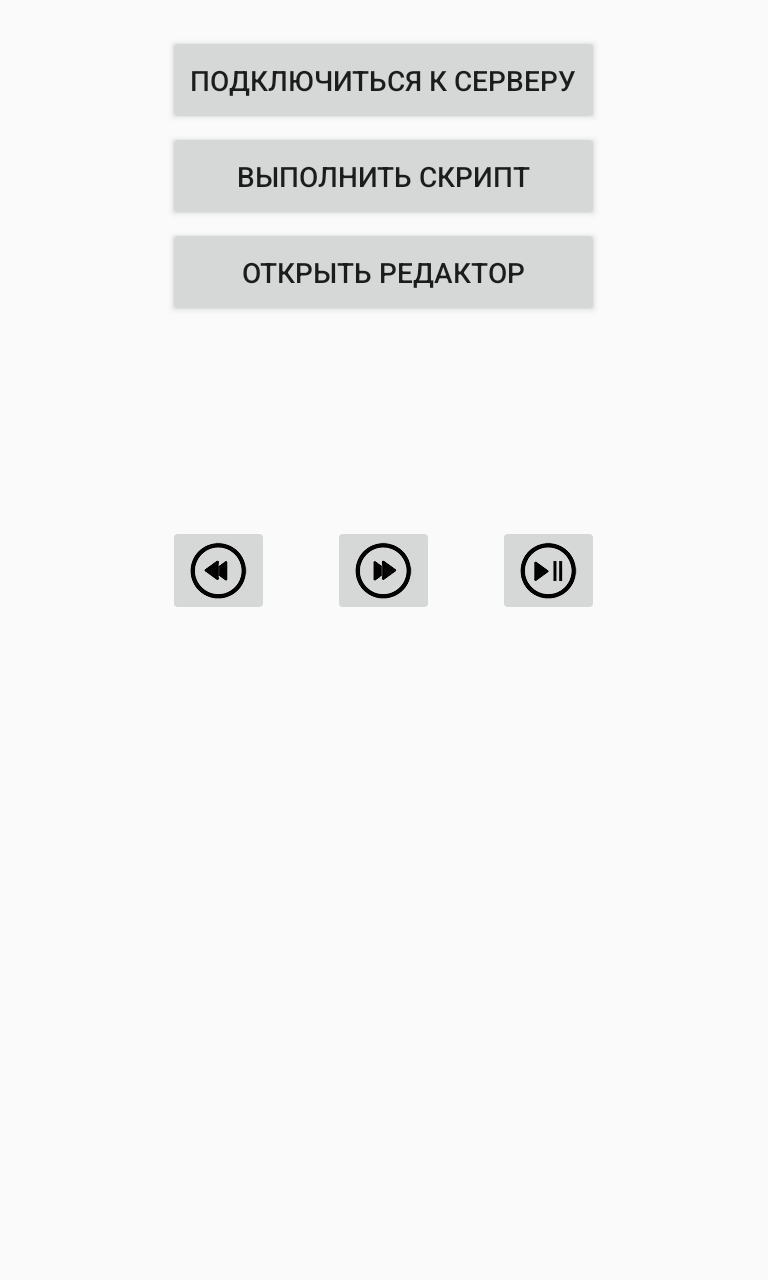
Repository: Laboratory711/Nightjar
Layout: android/Nightjar/workspace/Nightjar/res/layout/fragment_lab1.xml
These files come from the project's save history. The layout is drawn as it stood at one moment and after the next save; the edit follows.
It is drawn on a 768 x 1280 px phone screen (xhdpi) without system bars, with theme AppTheme; the app's code is not run.

Above is the layout before, as saved 2014-03-29 23:04:01.

### android/Nightjar/workspace/Nightjar/res/layout/fragment_lab1.xml
<RelativeLayout xmlns:android="http://schemas.android.com/apk/res/android"
    xmlns:tools="http://schemas.android.com/tools"
    android:layout_width="match_parent"
    android:layout_height="match_parent"
    android:paddingBottom="@dimen/activity_vertical_margin"
    android:paddingLeft="@dimen/activity_horizontal_margin"
    android:paddingRight="@dimen/activity_horizontal_margin"
    android:paddingTop="@dimen/activity_vertical_margin"
    tools:context="ru.vint.labsoo.Lab1$PlaceholderFragment" >

    <Button
        android:id="@+id/button4"
        android:layout_width="wrap_content"
        android:layout_height="wrap_content"
        android:layout_alignLeft="@+id/button2"
        android:layout_alignRight="@+id/button2"
        android:layout_below="@+id/button2"
        android:onClick="onClicNP"
        android:text="@string/text_buttom4_Name"
        android:visibility="visible" />

    <Button
        android:id="@+id/button2"
        android:layout_width="wrap_content"
        android:layout_height="wrap_content"
        android:layout_alignLeft="@+id/button1"
        android:layout_alignRight="@+id/button1"
        android:layout_below="@+id/button1"
        android:onClick="onClickBL"
        android:text="@string/text_buttom2_Name"
        android:visibility="visible" />

    <Button
        android:id="@+id/button1"
        android:layout_width="wrap_content"
        android:layout_height="wrap_content"
        android:layout_alignParentTop="true"
        android:layout_centerHorizontal="true"
        android:onClick="onClickButtom1"
        android:text="@string/text_buttom_Name" />

    <ImageButton
        android:id="@+id/imageButton2"
        android:layout_width="wrap_content"
        android:layout_height="wrap_content"
        android:layout_alignRight="@+id/button4"
        android:layout_alignTop="@+id/imageButton3"
        android:src="@drawable/play" />

    <ImageButton
        android:id="@+id/imageButton1"
        android:layout_width="wrap_content"
        android:layout_height="wrap_content"
        android:layout_alignLeft="@+id/button4"
        android:layout_alignTop="@+id/imageButton3"
        android:src="@drawable/prev" />

    <ImageButton
        android:id="@+id/imageButton3"
        android:layout_width="wrap_content"
        android:layout_height="wrap_content"
        android:layout_below="@+id/button4"
        android:layout_centerHorizontal="true"
        android:layout_marginTop="101dp"
        android:src="@drawable/next" />

</RelativeLayout>

### android/Nightjar/workspace/Nightjar/res/values/strings.xml
<?xml version="1.0" encoding="utf-8"?>
<resources xmlns:android="http://schemas.android.com/apk/res/android">

    <string android:id="@+id/string5" name="text_about" android:layout_width="wrap_content" android:layout_height="wrap_content">
        \n
        \tДанное приложение не функцианирует без серверной части.\n
        \n\t<b>Для установки соединения с сервером перейдите в раздел настройки и установите IP адрес сервера и порт(если на сервере используеться отличный от настроек по умолчанию).</b>\n\n
        \tПриложение управляет некоторыми возможностями компьютера с помощью скриптового языка AutoIT.\n
        \tБолее полную информацию можно посмотреть в документации к серверной части.\n
        \tПриложение написано группой студентов.\n
        \t\tКувшинов Иван\n
        \t\tАбаев Азамат\n
        \t\tКремнева Анастасия\n
        \t\tКузнецова Полина\n
        \t\tДимеденко Ольга\n
        \t\tИванова Анастасия\n
        \n
        \tИспользовать данную версию приложение можно совершенно безвозмездно. =)\n
	</string>
    <string name="app_name">Nightjar</string>
    <string name="action_settings">Настройки</string>
    <string name="action_about">О программе</string>
    <string android:id="@+id/string1" name="text_IP" android:layout_width="wrap_content" android:layout_height="wrap_content">IP Адрес сервера</string>
    <string android:id="@+id/string2" name="text_Port" android:layout_width="wrap_content" android:layout_height="wrap_content">Адрес порта</string>
    <string android:id="@+id/string3" name="text_buttom_Name" android:layout_width="wrap_content" android:layout_height="wrap_content">Подключиться к серверу</string>
    <string android:id="@+id/string4" name="TV_text" android:layout_width="wrap_content" android:layout_height="wrap_content"></string>
    <string android:id="@+id/string6" name="text_buttom2_Name" android:layout_width="wrap_content" android:layout_height="wrap_content">Выполнить скрипт</string>
    <string android:id="@+id/string8" name="text_buttom4_Name" android:layout_width="wrap_content" android:layout_height="wrap_content">Открыть редактор</string>
    <string android:id="@+id/string9" name="text_List" android:layout_width="wrap_content" android:layout_height="wrap_content">Выбирите скрипт</string>
    <string name="pref_IP">IP_adres</string>
    <string name="pref_App">App</string>
    <string name="pref_Port">Prot</string>
    <string name="title_activity_list">List</string>
    <string name="about_title">О программе</string>
    <string name="title_activity_notepad">Notepad</string>

</resources>

Loaded but not shown: android/Nightjar/workspace/Nightjar/res/values/styles.xml (common file); android/Nightjar/workspace/Nightjar/res/values-v11/styles.xml (common file); android/Nightjar/workspace/Nightjar/res/values-v14/styles.xml (common file); android/Nightjar/workspace/Nightjar/res/values/dimens.xml (common file); android/Nightjar/workspace/Nightjar/res/values-w820dp/dimens.xml (common file)

After the next save:
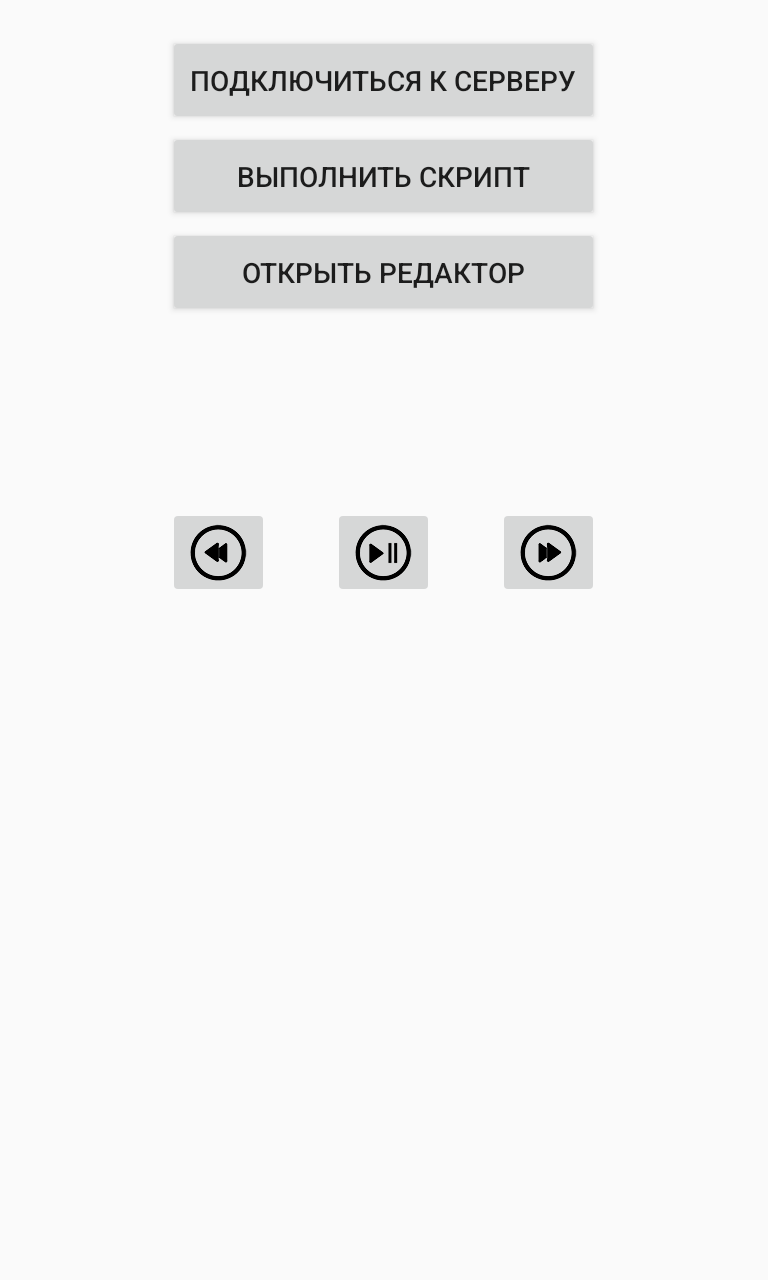
Saved 52 s later.
--- a/android/Nightjar/workspace/Nightjar/res/layout/fragment_lab1.xml
+++ b/android/Nightjar/workspace/Nightjar/res/layout/fragment_lab1.xml
@@ -40,11 +40,20 @@
         android:text="@string/text_buttom_Name" />
 
     <ImageButton
+        android:id="@+id/imageButton3"
+        android:layout_width="wrap_content"
+        android:layout_height="wrap_content"
+        android:layout_alignRight="@+id/button4"
+        android:layout_below="@+id/button4"
+        android:layout_marginTop="92dp"
+        android:src="@drawable/next" />
+
+    <ImageButton
         android:id="@+id/imageButton2"
         android:layout_width="wrap_content"
         android:layout_height="wrap_content"
-        android:layout_alignRight="@+id/button4"
         android:layout_alignTop="@+id/imageButton3"
+        android:layout_centerHorizontal="true"
         android:src="@drawable/play" />
 
     <ImageButton
@@ -52,16 +61,7 @@
         android:layout_width="wrap_content"
         android:layout_height="wrap_content"
         android:layout_alignLeft="@+id/button4"
-        android:layout_alignTop="@+id/imageButton3"
+        android:layout_alignTop="@+id/imageButton2"
         android:src="@drawable/prev" />
 
-    <ImageButton
-        android:id="@+id/imageButton3"
-        android:layout_width="wrap_content"
-        android:layout_height="wrap_content"
-        android:layout_below="@+id/button4"
-        android:layout_centerHorizontal="true"
-        android:layout_marginTop="101dp"
-        android:src="@drawable/next" />
-
 </RelativeLayout>
